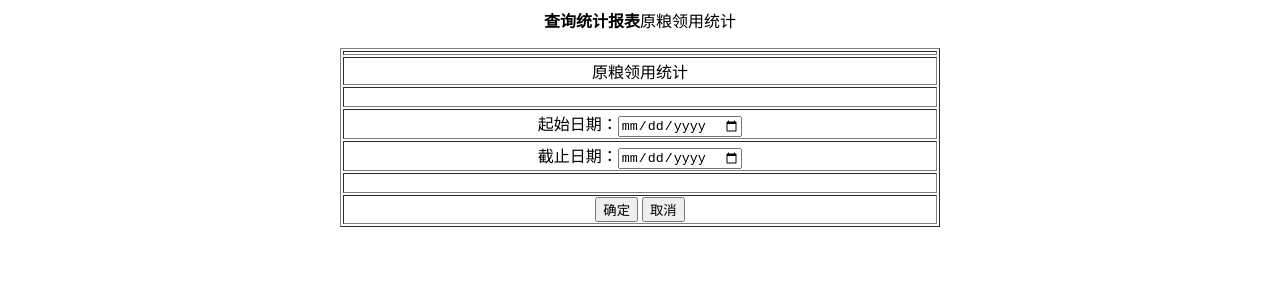
Repository: yuxingyan/OneCrewFlour
Page: http://localhost/Flour/inquirepayout.jsp
An editor plug-in stored every save of this project. The page is shown before and after the next save, followed by the edit.
The browser window is 1280 px wide. The pictures show the whole page.
The page is served by Tomcat 9. Nobody is signed in. The application's start-up code is not run. Other server files are loaded and not shown.

Above is the page before, as saved 2018-01-09 09:25:48.

### Flour/WebRoot/inquirepayout.jsp
<%@ page language="java" import="java.util.*" pageEncoding="utf-8"%>
<%
String path = request.getContextPath();
String basePath = request.getScheme()+"://"+request.getServerName()+":"+request.getServerPort()+path+"/";
%>

<!DOCTYPE HTML PUBLIC "-//W3C//DTD HTML 4.01 Transitional//EN">
<html>
  <head>
    <base href="<%=basePath%>">

    <title>My JSP 'inquirepayout.jsp' starting page</title>

	<meta http-equiv="pragma" content="no-cache">
	<meta http-equiv="cache-control" content="no-cache">
	<meta http-equiv="expires" content="0">
	<meta http-equiv="keywords" content="keyword1,keyword2,keyword3">
	<meta http-equiv="description" content="This is my page">
	<!--
	<link rel="stylesheet" type="text/css" href="styles.css">
	-->

  </head>

  <body>
    <center>
     <form  name="原粮领用统计" action="" method="post">
    <p><b>查询统计报表</b>原粮领用统计</p>
    <table border="1" width="600">
    <tr><td colspan="10" ></td></tr>
    <tr height="20px"><td align="center" colspan="4" >原粮领用统计</td></tr>
    <tr height="20px"><td align="center" colspan="4" ></td></tr>
    <tr height="20px"><td align="center" colspan="4" >起始日期：<input type="date" /></td>
    </tr>
    <tr height="20px"><td align="center" colspan="4" >截止日期：<input type="date" /></td>
    </tr>
    <tr height="20px"><td align="center" colspan="4" ></td></tr>
    <tr><td align="center" colspan="10" >
      <button type="button">确定</button>
      <button type="button">取消</button>
    </td>
    </tr>
    </table>
    </form>
    </center>
  </body>
</html>

After the next save:
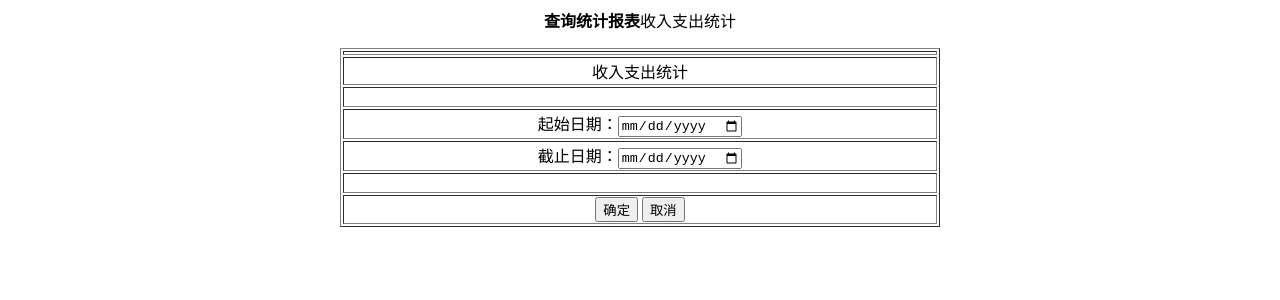
Saved 42 s later.
--- a/Flour/WebRoot/inquirepayout.jsp
+++ b/Flour/WebRoot/inquirepayout.jsp
@@ -24,11 +24,11 @@ String basePath = request.getScheme()+"://"+request.getServerName()+":"+request.
 
   <body>
     <center>
-     <form  name="原粮领用统计" action="" method="post">
-    <p><b>查询统计报表</b>原粮领用统计</p>
+     <form  name="收入支出统计" action="" method="post">
+    <p><b>查询统计报表</b>收入支出统计</p>
     <table border="1" width="600">
     <tr><td colspan="10" ></td></tr>
-    <tr height="20px"><td align="center" colspan="4" >原粮领用统计</td></tr>
+    <tr height="20px"><td align="center" colspan="4" >收入支出统计</td></tr>
     <tr height="20px"><td align="center" colspan="4" ></td></tr>
     <tr height="20px"><td align="center" colspan="4" >起始日期：<input type="date" /></td>
     </tr>
